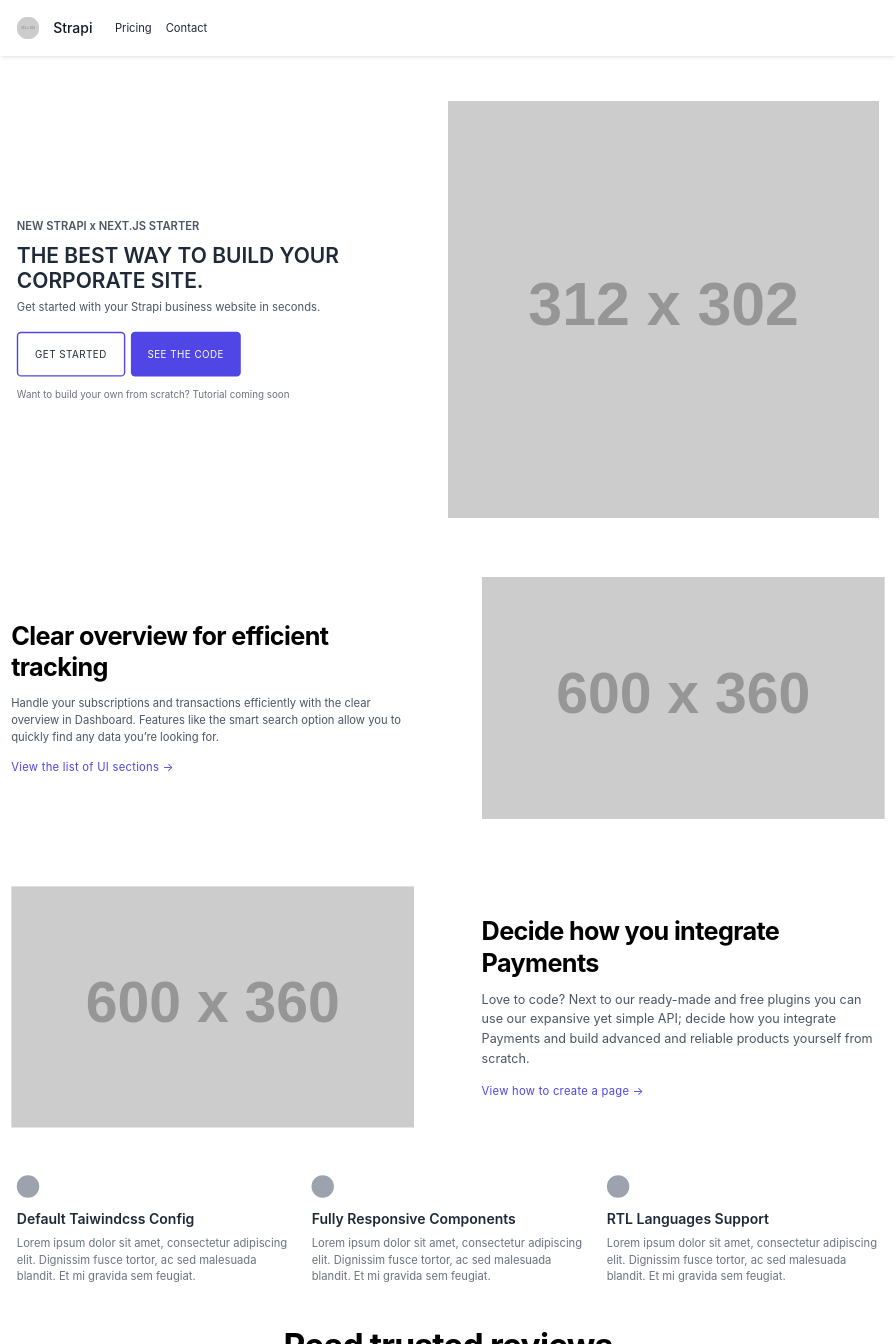
Repository: PaulBratslavsky/next-13-corporate-template
Page: /
These files come from the project's save history. The page is drawn as it stood at one moment and after the next save; the edit follows.
The browser window is 1280 px wide. The pictures show the part of the page from y = 0 to 1920 px (the page is 3732 px tall), at 70% of full size.
The project was rebuilt for these pictures with package versions that can differ from the ones it lists, and the page was loaded fresh each time. The framework's server and built-in components were replaced by stand-ins that run in the browser. Also part of the build but not shown: next.config.js.

Above is the page before, as saved 2022-12-09 12:56:39.

After the next save:
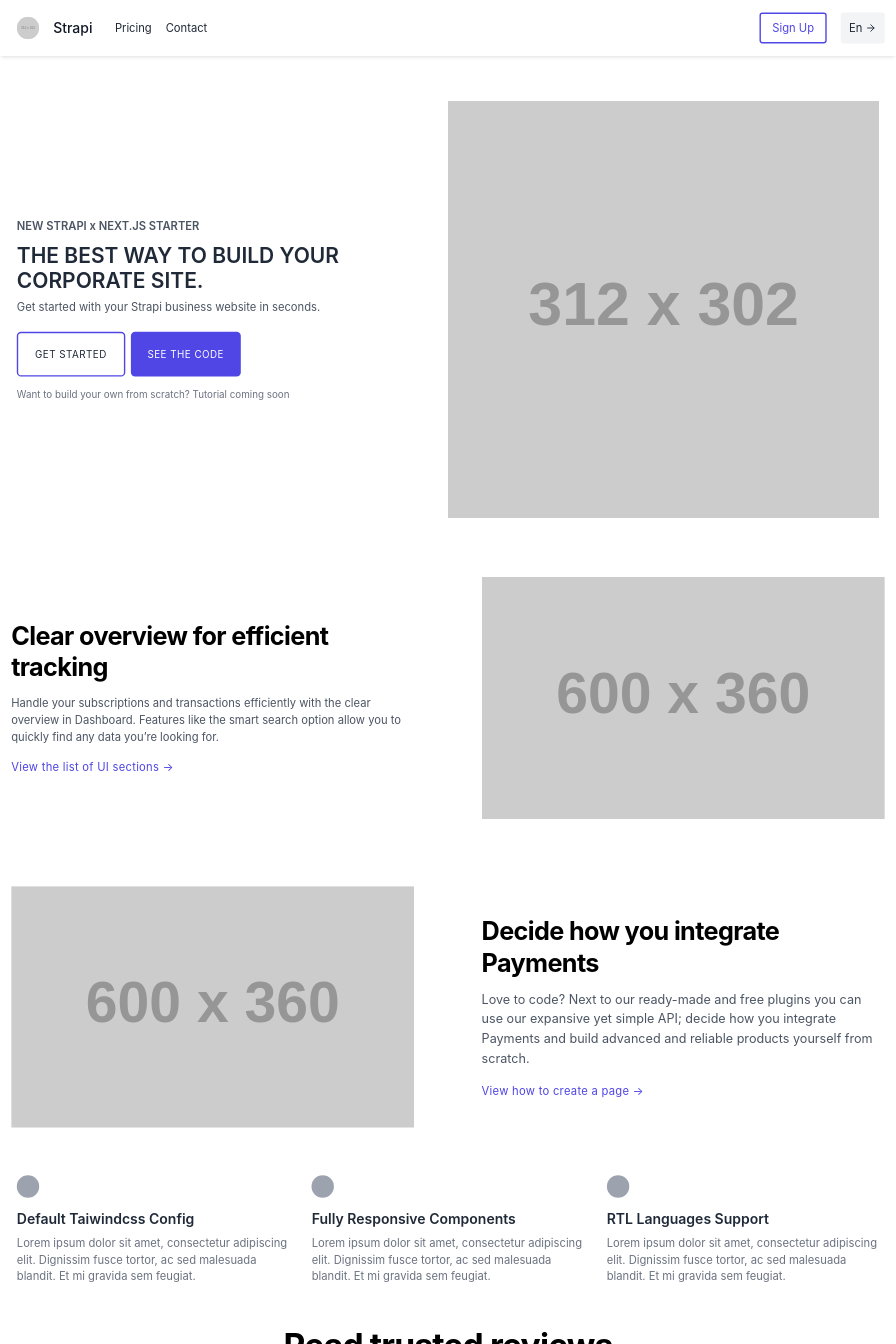
Saved 19 s later.
--- a/components/navbar.jsx
+++ b/components/navbar.jsx
@@ -22,6 +22,15 @@ const navbar = () => {
               <Link className='mr-5 hover:text-gray-900' href="/pricing">Pricing</Link>
               <Link className='mr-5 hover:text-gray-900' href="/contact">Contact</Link>
           </nav>
+          <div className="flex justify-between w-auto">
+            <button className="inline-flex items-center px-4 py-2 mt-4 text-base text-indigo-600 bg-white border-2 border-indigo-600 rounded focus:outline-none hover:bg-gray-200 md:mt-0 hover:text-black">Sign Up
+            </button>
+            <button className="inline-flex items-center px-3 py-1 mt-4 ml-5 text-base bg-gray-100 border-0 rounded focus:outline-none hover:bg-gray-200 md:mt-0">En
+              <svg fill="none" stroke="currentColor" stroke-linecap="round" stroke-linejoin="round" stroke-width="2" className="w-4 h-4 ml-1" viewBox="0 0 24 24">
+                <path d="M5 12h14M12 5l7 7-7 7"></path>
+              </svg>
+            </button>
+            </div>
         </div>
       </header>
     </>
